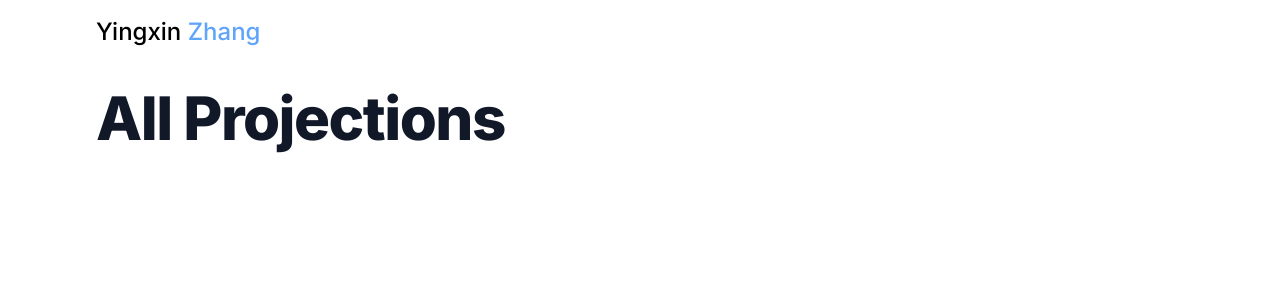
Repository: Tracy-maker/projects_collection
Page: /projects
An editor plug-in stored every save of this project. The page is shown before and after the next save, followed by the edit.
The browser window is 1280 px wide. The pictures show the whole page.
The project was rebuilt for these pictures with package versions that can differ from the ones it lists, and the page was loaded fresh each time. The framework's server and built-in components were replaced by stand-ins that run in the browser. Also part of the build but not shown: next.config.js.

Above is the page before, as saved 2023-09-17 13:45:59.

### app/layout.tsx
import "./globals.css";
import type { Metadata } from "next";
import { Inter } from "next/font/google";
import Navbar from "./components/NavBar";
import { Provider } from "./components/Provider";

const inter = Inter({ subsets: ["latin"] });

export const metadata: Metadata = {
  title: "Create Next App",
  description: "Generated by create next app",
};

export default function RootLayout({
  children,
}: {
  children: React.ReactNode;
}) {
  return (
    <html lang="en" suppressHydrationWarning>
      <body
        className={`${inter.className} bg-white text-black dark:bg-[#090908] dark:text-white h-full selection:bg-gray-500 dark:selection:bg-gray-800`}
      >
        <Provider>
          <Navbar />
          <main className="max-w-6xl mx-auto px-6 sm:px-8 lg:px-8">
            {children}
          </main>
        </Provider>
      </body>
    </html>
  );
}

### app/projects/page.tsx
export default function Projects() {
  return (
    <div className="divide-y divide-gray-200 dark:divide-gray-700">
      <div className="space-y-2 pt-6 pb-8 md:space-y-5">
        <h1 className="text-3xl font-extrabold leading-9 tracking-tight text-gray-900 dark:text-gray-100 sm:text-4xl sm:leading-10 md:text-6xl md:leading-14">All Projections</h1>
      </div>
    </div>
  );
}

### app/components/NavBar.tsx
"use client";

import Link from "next/link";
import { usePathname } from "next/navigation";

export default function Navbar() {
  let pathname = usePathname() || "/";
  return (
    <div className="max-w-6xl mx-auto px-4 sm:px-6 lg:px-8">
      <div className="flex justify-between h-16">
        <div className="flex justify-between w-full">
          <div className="flex items-center">
            <Link href="/">
              <h1 className="text-2xl font-medium">
                Yingxin <span className="text-blue-400">Zhang</span>
              </h1>
            </Link>
          </div>

          <div className="hidden sm:ml-6 sm:flex sm:space-x-8 sm:items-center">
            <Link
              href="/"
              prefetch
              className={`${
                pathname === "/"
                  ? "border-blue-400 dark:text-white h-full inline-flex items-center px-1 pt-1 border-b-2 text-sm font-medium"
                  : "border-transparent text-gray-500 dark:text-gray-300 dark:hover:text-white inline-flex items-center px-1 pt-1 border-b-2 text-sm font-medium"
              }`}
            ></Link>
          </div>
        </div>
      </div>
    </div>
  );
}

### app/components/Provider.tsx
"use client";

import { ThemeProvider } from "next-themes";
import { ReactNode } from "react";

export function Provider({ children }: { children: ReactNode }) {
  return <ThemeProvider>{children}</ThemeProvider>;
}

### tailwind.config.ts
import type { Config } from "tailwindcss";

const config: Config = {
  content: [
    "./pages/**/*.{js,ts,jsx,tsx,mdx}",
    "./components/**/*.{js,ts,jsx,tsx,mdx}",
    "./app/**/*.{js,ts,jsx,tsx,mdx}",
  ],
  darkMode: "class",
  theme: {
    extend: {
      backgroundImage: {
        "gradient-radial": "radial-gradient(var(--tw-gradient-stops))",
        "gradient-conic":
          "conic-gradient(from 180deg at 50% 50%, var(--tw-gradient-stops))",
      },
    },
  },
  plugins: [],
};
export default config;

Loaded but not shown: app/globals.css (common file)

After the next save:
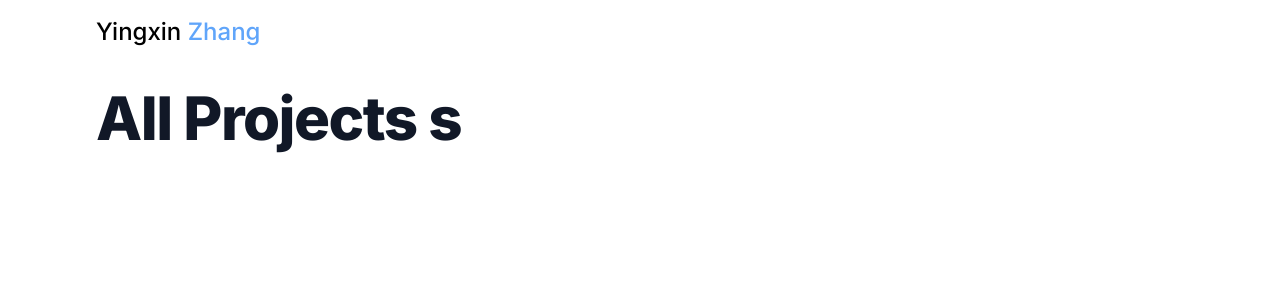
Saved 12 s later.
--- a/app/projects/page.tsx
+++ b/app/projects/page.tsx
@@ -2,7 +2,9 @@ export default function Projects() {
   return (
     <div className="divide-y divide-gray-200 dark:divide-gray-700">
       <div className="space-y-2 pt-6 pb-8 md:space-y-5">
-        <h1 className="text-3xl font-extrabold leading-9 tracking-tight text-gray-900 dark:text-gray-100 sm:text-4xl sm:leading-10 md:text-6xl md:leading-14">All Projections</h1>
+        <h1 className="text-3xl font-extrabold leading-9 tracking-tight text-gray-900 dark:text-gray-100 sm:text-4xl sm:leading-10 md:text-6xl md:leading-14">
+          All Projects
+        s</h1>
       </div>
     </div>
   );
